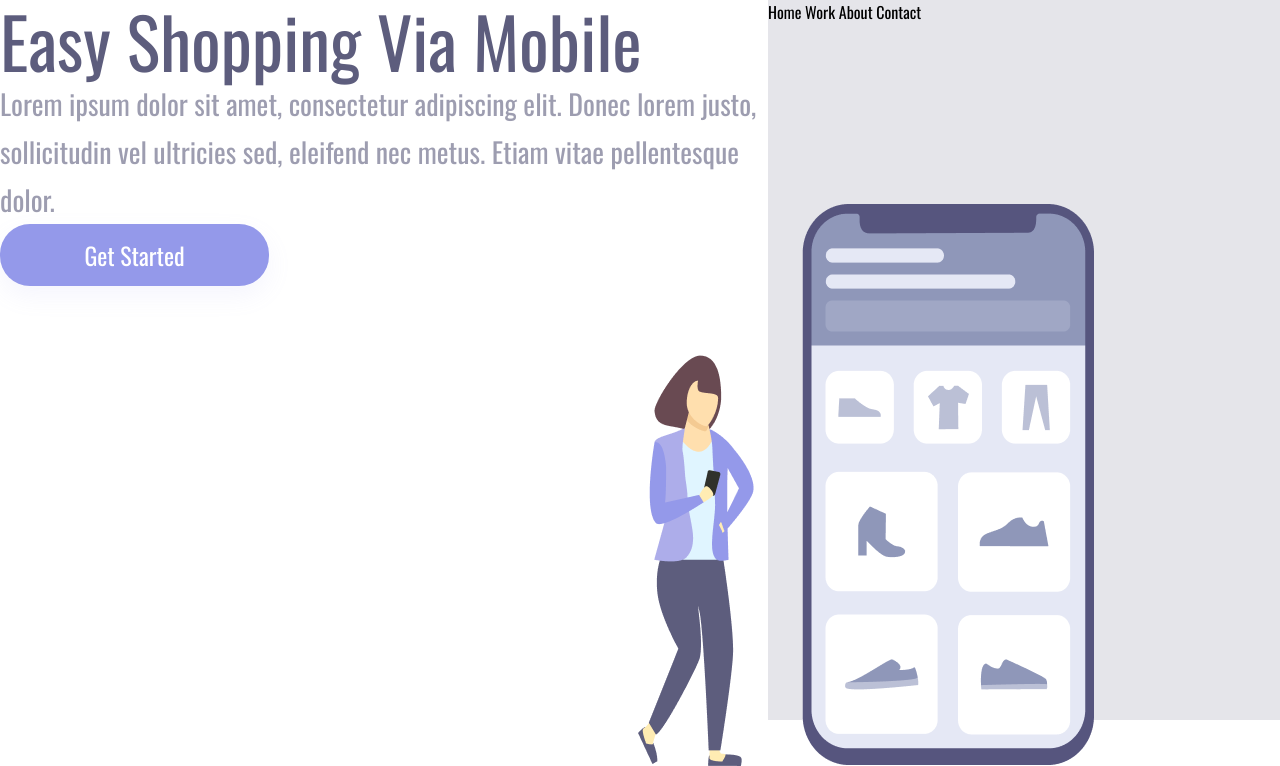
Repository: Leo-Marques-882/Projeto-Git-2
Page: index.html
These files come from the project's save history. The page is drawn as it stood at one moment and after the next save; the edit follows.
The browser window is 1280 px wide. The pictures show the whole page.

Above is the page before, as saved 2023-03-06 23:46:38.

After the next save:
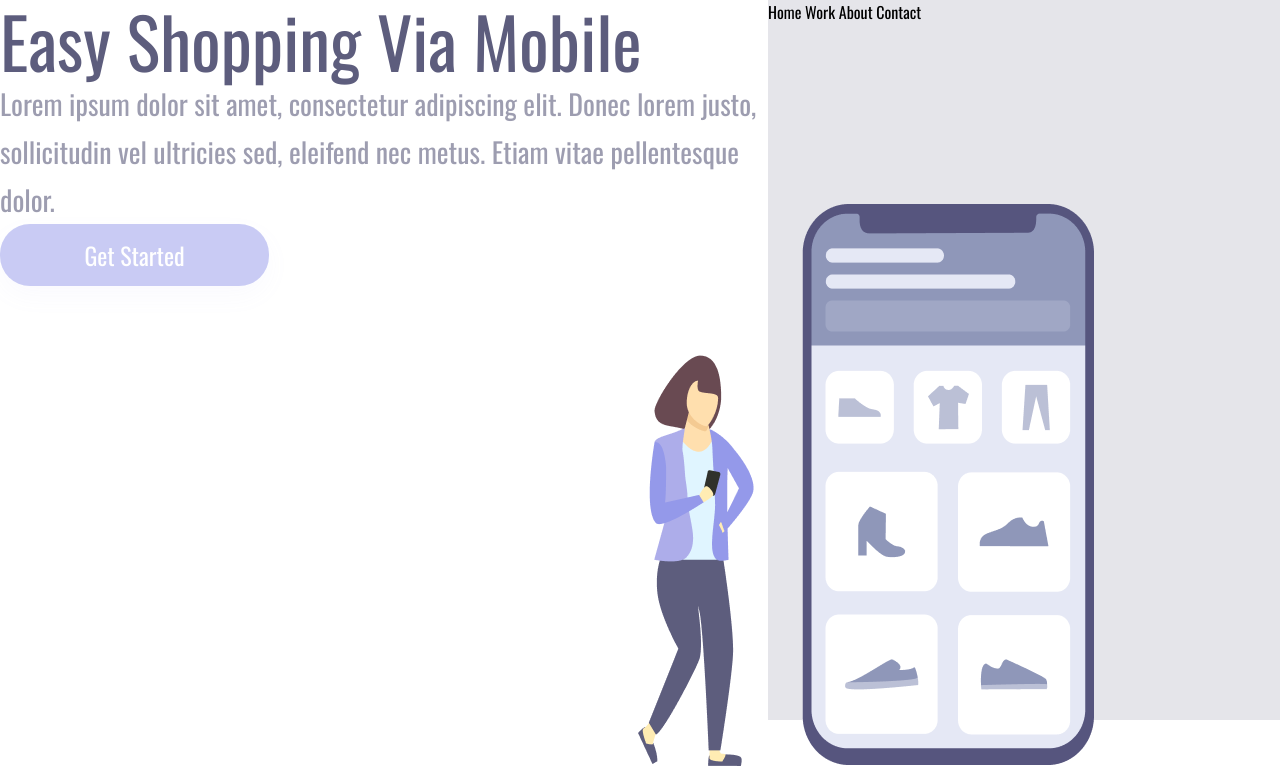
Saved 34 s later.
--- a/styless.css
+++ b/styless.css
@@ -50,6 +50,10 @@
     opacity: .8;
 }
 
+button {
+    opacity: .5;
+}
+
 .container-right {
     display: inline-block;
     background-color: rgba(93, 93, 125, 0.16);

After the save that followed:
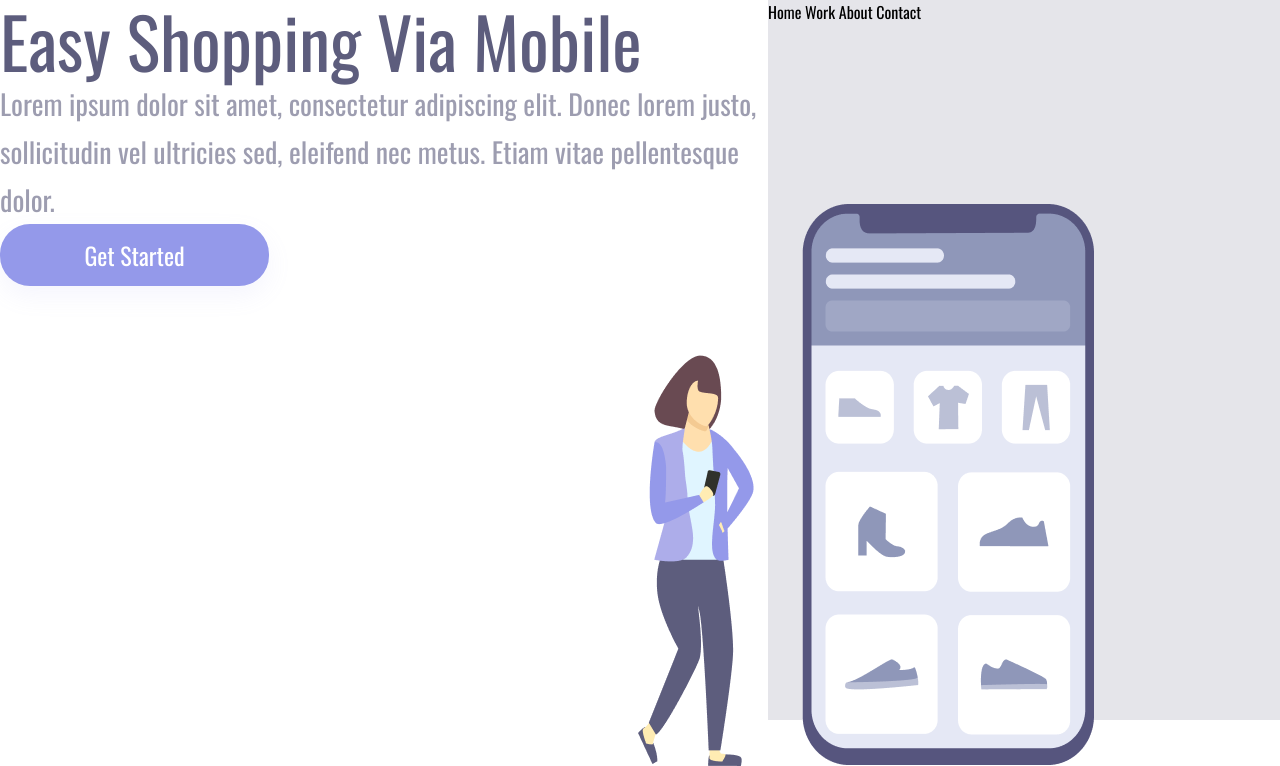
Saved 50 s later.
--- a/styless.css
+++ b/styless.css
@@ -50,7 +50,7 @@
     opacity: .8;
 }
 
-button {
+button:active {
     opacity: .5;
 }
 
